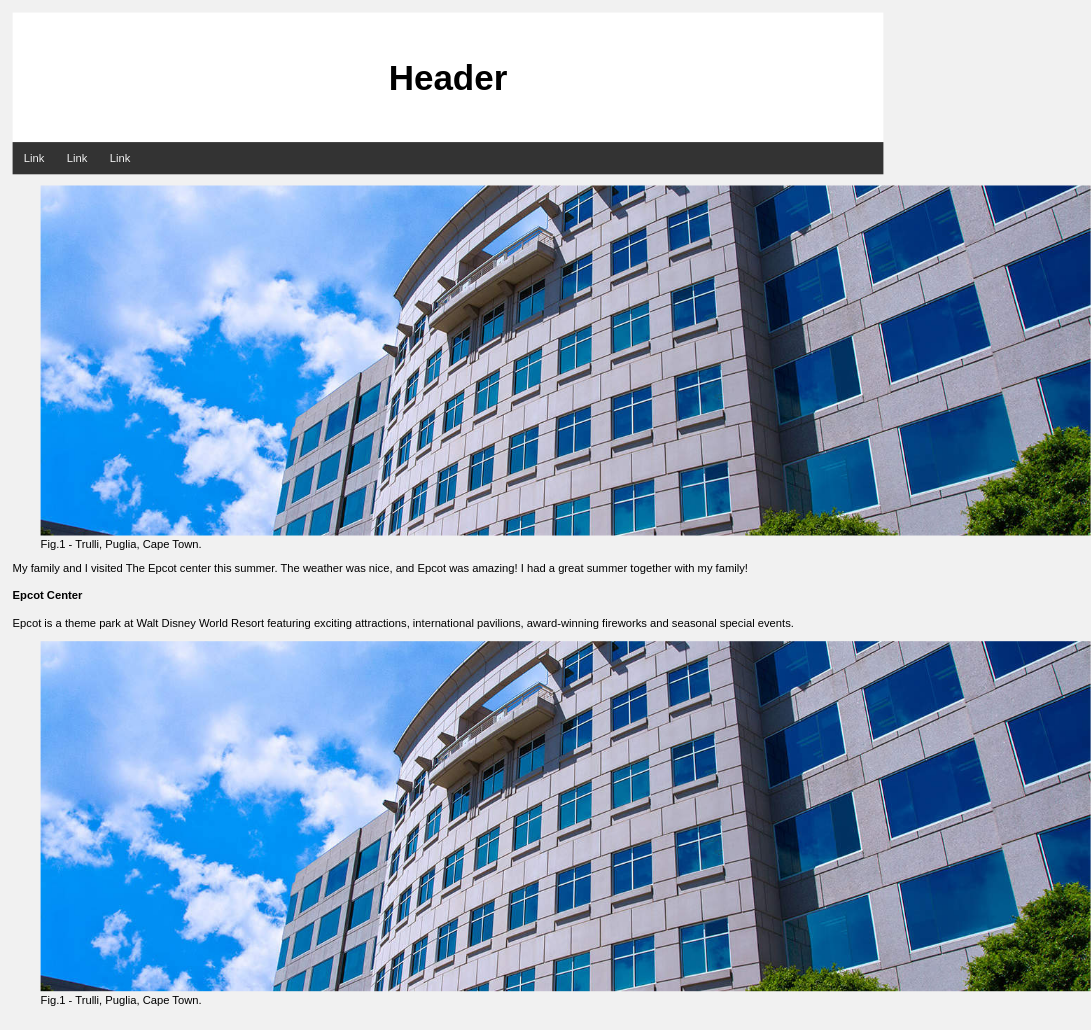
Repository: bjnabs/mws-workshop01
Page: index.html
These files come from the project's save history. The page is drawn as it stood at one moment and after the next save; the edit follows.
The browser window is 1280 px wide. The page is 1558 px wide, so the pictures cover 1558 px, including what lies to the right of the window. The pictures show the part of the page from y = 0 to 1600 px (the page is 1472 px tall before and 2572 px after), at 70% of full size.

Above is the page before, as saved 2020-07-04 10:16:47.

### index.html
<!DOCTYPE html>
<html lang="en">
<header>
        <meta http-equiv="Content-Type" content="text/html; charset=utf-8" />
        <title>MWS Responsive Web Design</title>
        <link href="http://fonts.googleapis.com/css?family=Source+Sans+Pro:200,300,400,600,700,900|Varela+Round" rel="stylesheet" />
        <link href="css/mobile-first.css" rel="stylesheet" />
</header>
<body>


        <div class="header">
          <h1>Header</h1>
        </div>

        <div class="topnav">
          <a href="#">Link</a>
          <a href="#">Link</a>
          <a href="#">Link</a>
        </div>
    <div class="container">
        <section class="section">

            <figure>
                <img src="/images/pic03.jpg" alt="Trulli">
                <figcaption>Fig.1 - Trulli, Puglia, Cape Town.</figcaption>
            </figure>
            <p>My family and I visited The Epcot center this summer. The weather was nice, and Epcot was amazing! I had a great summer together with my family!</p>
        </section>


        <aside class="aside">
            <h4>Epcot Center</h4>
            <p>Epcot is a theme park at Walt Disney World Resort featuring exciting attractions, international pavilions, award-winning fireworks and seasonal special events.</p>
            <figure>
                <img src="/images/pic03.jpg" alt="Trulli">
                <figcaption>Fig.1 - Trulli, Puglia, Cape Town.</figcaption>
            </figure>
         </aside>

      </div>
</body>
</html>

### css/mobile-first.css

* {
  box-sizing: border-box;
}

body {
  font-family: Arial;
  padding: 10px;
  background: #f1f1f1;
}

/* Header/Blog Title */
.header {
  padding: 30px;
  text-align: center;
  background: white;
}

.header h1 {
  font-size: 50px;
}

/* Style the top navigation bar */
.topnav {
  overflow: hidden;
  background-color: #333;
}

/* Style the topnav links */
.topnav a {
  float: left;
  display: block;
  color: #f2f2f2;
  text-align: center;
  padding: 14px 16px;
  text-decoration: none;
}

/* Change color on hover */
.topnav a:hover {
  background-color: #ddd;
  color: black;
}

/* Create two unequal columns that floats next to each other */
/* Left column */
.leftcolumn {
  float: left;
  width: 75%;
}

/* Right column */
.rightcolumn {
  float: left;
  width: 25%;
  background-color: #f1f1f1;
  padding-left: 20px;
}

/* Fake image */
.fakeimg {
  background-color: #aaa;
  width: 100%;
  padding: 20px;
}

/* Add a card effect for articles */
.card {
  background-color: white;
  padding: 20px;
  margin-top: 20px;
}

/* Clear floats after the columns */
.row:after {
  content: "";
  display: table;
  clear: both;
}

/* Footer */
.footer {
  padding: 20px;
  text-align: center;
  background: #ddd;
  margin-top: 20px;
}

/* Responsive layout - when the screen is less than 800px wide, make the two columns stack on top of each other instead of next to each other */
@media screen and (max-width: 800px) {
  .leftcolumn, .rightcolumn {
    width: 100%;
    padding: 0;
  }
}

/* Responsive layout - when the screen is less than 400px wide, make the navigation links stack on top of each other instead of next to each other */
@media screen and (max-width: 400px) {
  .topnav a {
    float: none;
    width: 100%;
  }
}
}

After the next save:
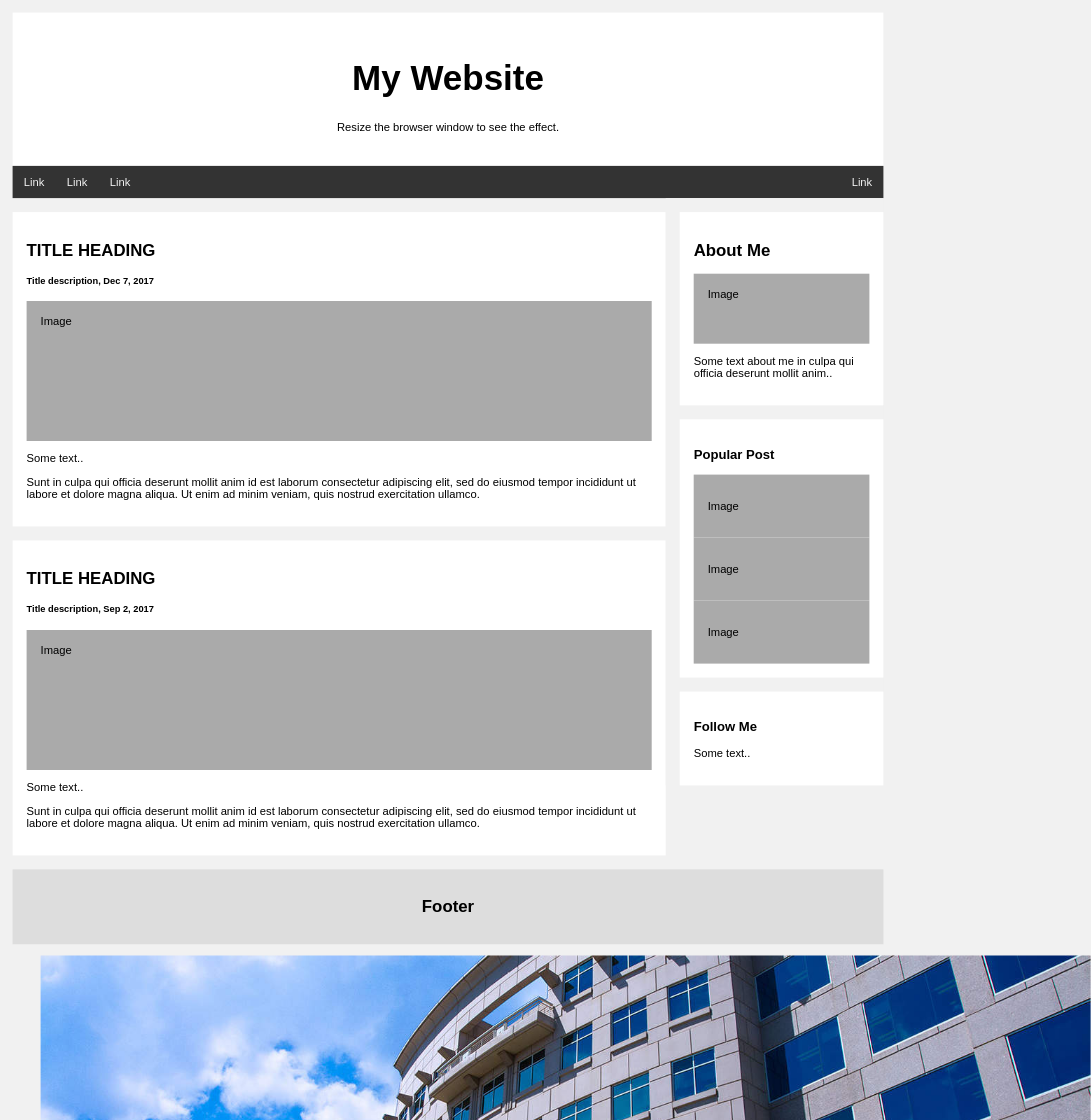
Saved 49 s later.
--- a/index.html
+++ b/index.html
@@ -9,15 +9,58 @@
 <body>
 
 
-        <div class="header">
-          <h1>Header</h1>
+    <div class="header">
+        <h1>My Website</h1>
+        <p>Resize the browser window to see the effect.</p>
+      </div>
+
+      <div class="topnav">
+        <a href="#">Link</a>
+        <a href="#">Link</a>
+        <a href="#">Link</a>
+        <a href="#" style="float:right">Link</a>
+      </div>
+
+      <div class="row">
+        <div class="leftcolumn">
+          <div class="card">
+            <h2>TITLE HEADING</h2>
+            <h5>Title description, Dec 7, 2017</h5>
+            <div class="fakeimg" style="height:200px;">Image</div>
+            <p>Some text..</p>
+            <p>Sunt in culpa qui officia deserunt mollit anim id est laborum consectetur adipiscing elit, sed do eiusmod tempor incididunt ut labore et dolore magna aliqua. Ut enim ad minim veniam, quis nostrud exercitation ullamco.</p>
+          </div>
+          <div class="card">
+            <h2>TITLE HEADING</h2>
+            <h5>Title description, Sep 2, 2017</h5>
+            <div class="fakeimg" style="height:200px;">Image</div>
+            <p>Some text..</p>
+            <p>Sunt in culpa qui officia deserunt mollit anim id est laborum consectetur adipiscing elit, sed do eiusmod tempor incididunt ut labore et dolore magna aliqua. Ut enim ad minim veniam, quis nostrud exercitation ullamco.</p>
+          </div>
         </div>
+        <div class="rightcolumn">
+          <div class="card">
+            <h2>About Me</h2>
+            <div class="fakeimg" style="height:100px;">Image</div>
+            <p>Some text about me in culpa qui officia deserunt mollit anim..</p>
+          </div>
+          <div class="card">
+            <h3>Popular Post</h3>
+            <div class="fakeimg"><p>Image</p></div>
+            <div class="fakeimg"><p>Image</p></div>
+            <div class="fakeimg"><p>Image</p></div>
+          </div>
+          <div class="card">
+            <h3>Follow Me</h3>
+            <p>Some text..</p>
+          </div>
+        </div>
+      </div>
 
-        <div class="topnav">
-          <a href="#">Link</a>
-          <a href="#">Link</a>
-          <a href="#">Link</a>
-        </div>
+      <div class="footer">
+        <h2>Footer</h2>
+      </div>
+
     <div class="container">
         <section class="section">
 
